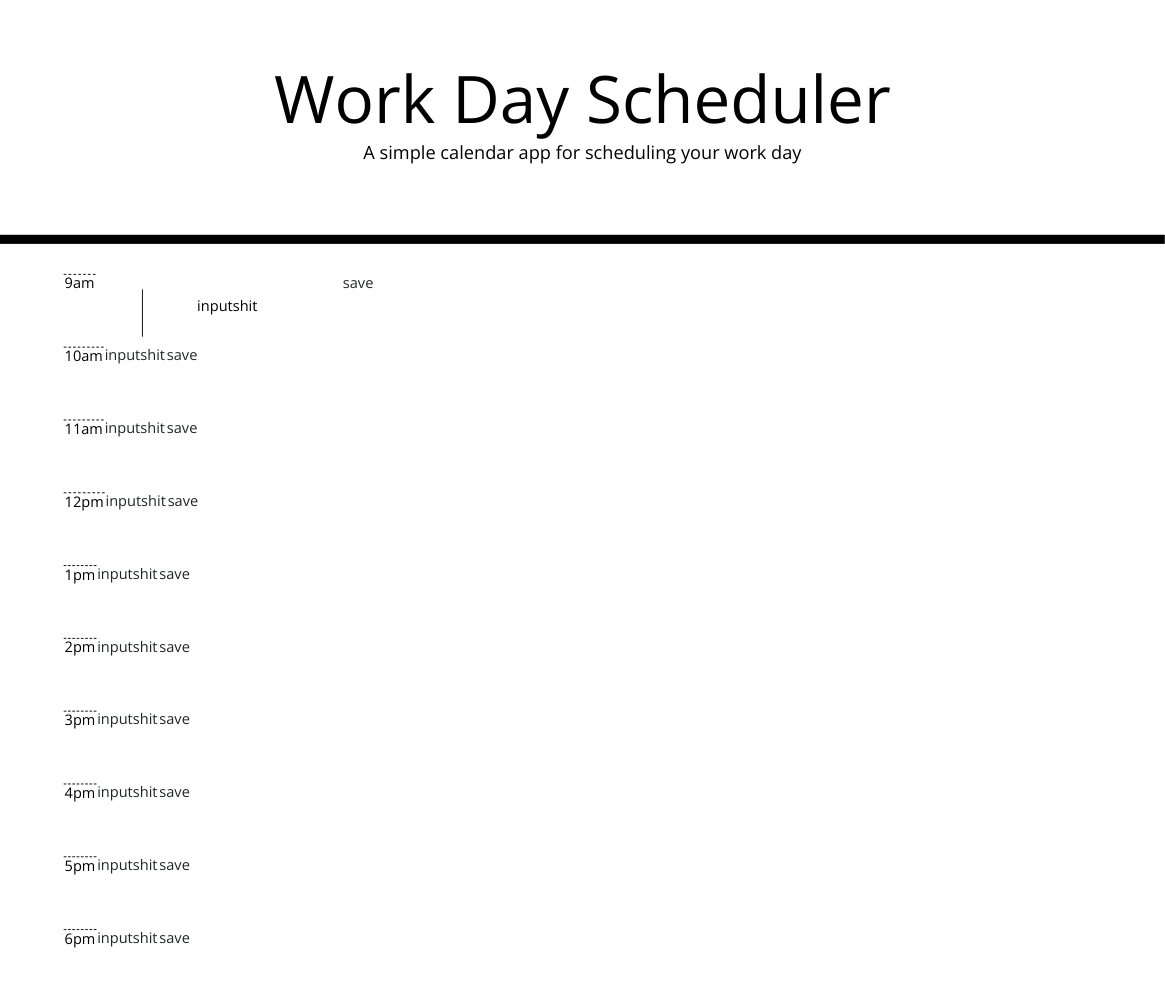
Repository: Naomilounsbury/work-day-scheduler
Page: index.html
An editor plug-in stored every save of this project. The page is shown before and after the next save, followed by the edit.
The browser window is 1280 px wide. The pictures show the whole page, at 91% of full size.
Some web libraries are served in a nearby version.

Above is the page before, as saved 2021-11-30 10:13:28.
Console error: TypeError: Cannot set properties of null (setting 'textContent')

### index.html
<!DOCTYPE html>
<html lang="en">
  <head>
    <meta charset="UTF-8" />
    <meta name="viewport" content="width=device-width, initial-scale=1.0" />
    <meta http-equiv="X-UA-Compatible" content="ie=edge" />
    <link
      rel="stylesheet"
      href="https://stackpath.bootstrapcdn.com/bootstrap/4.3.1/css/bootstrap.min.css"
    />
    <link
      rel="stylesheet"
      href="https://use.fontawesome.com/releases/v5.8.1/css/all.css"
      integrity="sha384-50oBUHEmvpQ+1lW4y57PTFmhCaXp0ML5d60M1M7uH2+nqUivzIebhndOJK28anvf"
      crossorigin="anonymous"
    />
    <link
      href="https://fonts.googleapis.com/css?family=Open+Sans&display=swap"
      rel="stylesheet"
    />
    <link rel="stylesheet" href="./assets/css/style.css" />
    <title>Work Day Scheduler</title>
  </head>

  <body>
    <header class="jumbotron">
      <h1 class="display-3">Work Day Scheduler</h1>
      <p class="lead">A simple calendar app for scheduling your work day</p>
      <p id="currentDay" class="lead"></p>
    </header>
    <div class="container">
      <!-- Timeblocks go here -->
      <table>
        <tr class="row">
          <td class="hour">9am</td>
          <td class="time-block">
            <textarea>
            inputshit
          </textarea>
          </td>
          <td>save</td>
        </tr>
        <tr class="row">
          <td class="hour">10am</td>
          <td>inputshit</td>
          <td>save</td>
        </tr>
        <tr class="row">
          <td class="hour">11am</td>
          <td>inputshit</td>
          <td>save</td>
        </tr>
        <tr class="row">
          <td class="hour">12pm</td>
          <td>inputshit</td>
          <td>save</td>
        </tr>
        <tr class="row">
          <td class="hour">1pm</td>
          <td>inputshit</td>
          <td>save</td>
        </tr>
        <tr class="row">
          <td class="hour">2pm</td>
          <td>inputshit</td>
          <td>save</td>
        </tr>
        <tr class="row">
          <td class="hour">3pm</td>
          <td>inputshit</td>
          <td>save</td>
        </tr>
        <tr class="row">
          <td class="hour">4pm</td>
          <td>inputshit</td>
          <td>save</td>
        </tr>
        <tr class="row">
          <td class="hour">5pm</td>
          <td>inputshit</td>
          <td>save</td>
        </tr>
        <tr class="row">
          <td class="hour">6pm</td>
          <td>inputshit</td>
          <td>save</td>
        </tr>
      </table>
    </div>

    <script src="https://code.jquery.com/jquery-3.4.1.min.js"></script>
    <script src="https://cdnjs.cloudflare.com/ajax/libs/moment.js/2.24.0/moment.min.js"></script>
    <script src="assets/js/script.js"></script>
</body>
</html>

### assets/css/style.css
body {
  font-family: 'Open Sans', sans-serif;
  font-size: 16px;
  line-height: 1;
}

textarea{
  background: transparent;
  border: none;
  resize: none;
  color: #000000;
  border-left: 1px solid black;
  padding: 10px;
}

.jumbotron {
  text-align: center;
  background-color: transparent;
  color: black;
  border-radius: 0;
  border-bottom: 10px solid black;
}

.description{
  white-space: pre-wrap;
}

.time-block{
  text-align: center;
  border-radius: 15px;
}

.row {
  white-space: pre-wrap;
  height: 80px;
  border-top: 1px solid white;;
}

.hour {
  background-color: #ffffff;
  color: #000000;
  border-top: 1px dashed #000000;
}

.past {
  background-color: #d3d3d3;
  color: white;
}

.present {
  background-color: #ff6961;
  color: white;
}

.future {
  background-color: #77dd77;
  color: white;
}

.saveBtn {
  border-left: 1px solid black;
  border-top-right-radius: 15px;
  border-bottom-right-radius: 15px;
  background-color: #06AED5;
  color: white;
}

.saveBtn i:hover {
  font-size: 20px;
  transition: all .3s ease-in-out;
}

### assets/js/script.js
//using moment to get the current time
currentTime = moment();
currentDayEl = document.querySelector("currentDay");
var displayDate = currentTime.format('MMMM Do YYYY');
currentDayEl.textContent = displayDate

After the next save:
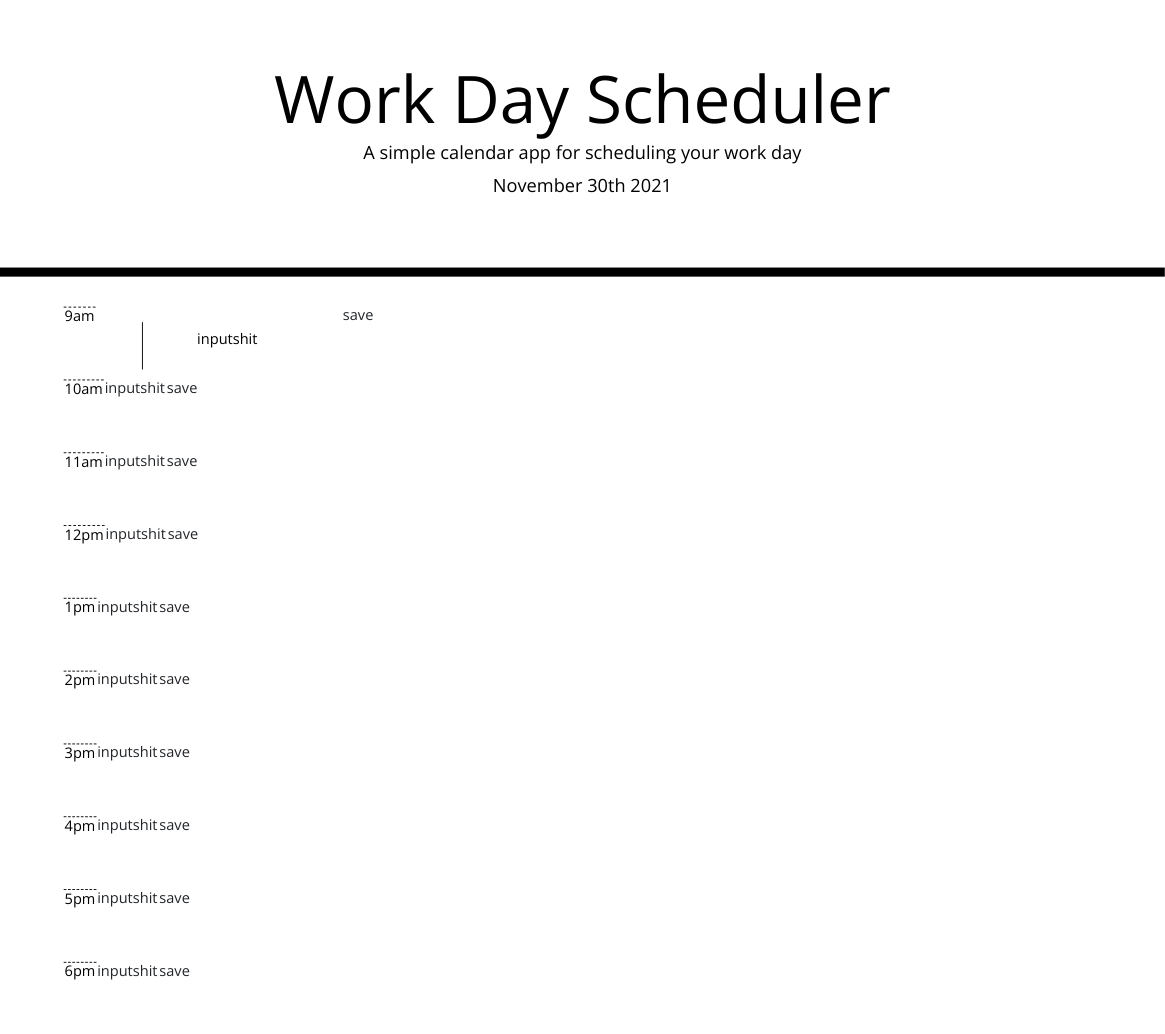
The error is gone.
Saved 60 s later.
--- a/assets/js/script.js
+++ b/assets/js/script.js
@@ -1,5 +1,5 @@
 //using moment to get the current time
 currentTime = moment();
-currentDayEl = document.querySelector("currentDay");
+currentDayEl = document.querySelector("#currentDay");
 var displayDate = currentTime.format('MMMM Do YYYY');
-currentDayEl.textContent = displayDate
+currentDayEl.innerText = displayDate
